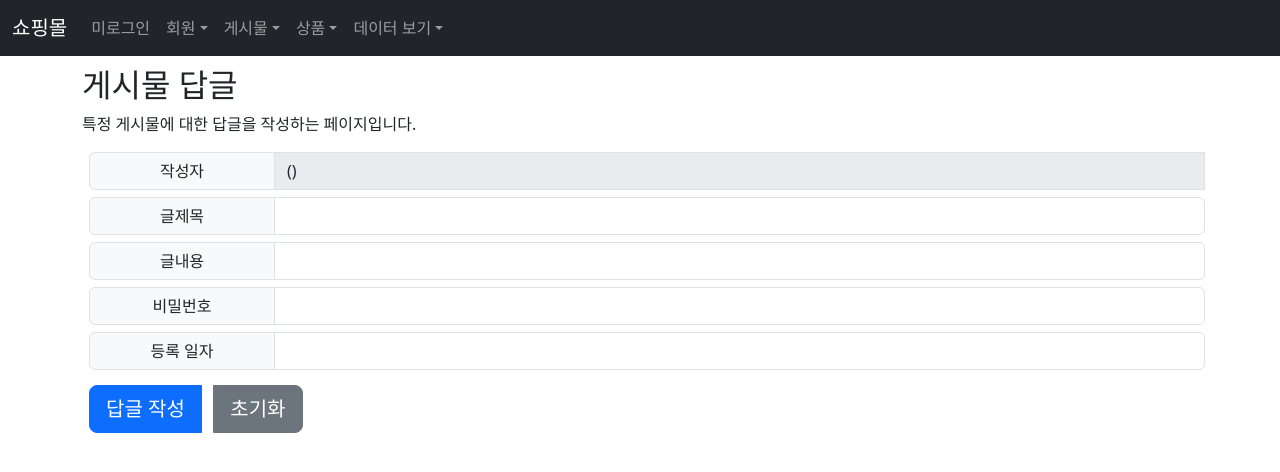
Repository: Sain-Clair/Team5
Page: http://localhost/Student/board/boUpdateForm.jsp
The author's editor kept a copy of each file at every save. The page is drawn from the files as they stood at one save, then again after the next save.
The browser window is 1280 px wide. The pictures show the whole page.
The page is served by Tomcat 9. Other server files are loaded and not shown.

Above is the page before, as saved 2023-09-08 06:04:22.

### Student/src/main/webapp/board/boUpdateForm.jsp
<%@ page language="java" contentType="text/html; charset=UTF-8"
    pageEncoding="UTF-8"%>

<%@ include file="./../common/common.jsp" %>
<%@ include file="./../common/bootstrap5.jsp" %>

<!DOCTYPE html>
<html>
<head>
	<meta charset="UTF-8">
	<title>Insert title here</title>
<style type="text/css">
/* box model에 대한 공부가 필요합니다. */
.container {
	margin-top: 10px;
}

.input-group {
	margin: 7px;
}

.input-group-text {
	display: block;
	margin-left: auto;
	margin-right: auto;
}

#buttonset {
	margin-top: 15px;
}

#boardNo{
	display: none;
	visibility: hidden;
}
</style>
<script type="text/javascript">
  		$(document).ready(function(){
  	  		/* $('#regdate').datepicker(); */
  	  		$('#regdate').datepicker({dateFormat: "yy/mm/dd"});
  		});

  		function validCheck(){/* 폼 유효성 검사 */
  			var subject = $('#subject').val();
  			if(subject.length < 3 || subject.length > 20){
  				swal('글 제목은 3글자 이상 20글자 이하이어야 합니다.');
  				$('#subject').focus() ;
  				return false ;
  			}

  			var content = $('#content').val();
  			if(content.length < 5 || content.length > 30){
  				swal('글 내용은 5글자 이상 30글자 이하이어야 합니다.');
  				$('#content').focus() ;
  				return false ;
  			}

  			var regdate = $('#regdate').val();

  			var regex = /^\d{4}[\/-][01]\d{1}[\/-][0123]\d{1}$/ ;
  			var result = regex.test(regdate) ;

  			if(result == false){
  				swal('날짜 형식은 반드시 yyyy/mm/dd 형식 또는 yyyy-mm-dd으로 작성해 주세요.');
  				$('#regdate').focus() ;
  				return false ;
  			}
  		}
  	</script>
</head>
<body>
	<div class="container">
		<h2>게시물 답글</h2>
		<p>특정 게시물에 대한 답글을 작성하는 페이지입니다.</p>
		<form action="<%=withFormTag%>" method="post">
			<input type="hidden" name="pageNumber" value="<%=request.getParameter("pageNumber")%>">
			<input type="hidden" name="pageSize" value="<%=request.getParameter("pageSize")%>">
			<input type="hidden" name="mode" value="<%=request.getParameter("mode")%>">
			<input type="hidden" name="keyword" value="<%=request.getParameter("keyword")%>">


			<input type="hidden" name="command" value="boReply">
			<!-- style로 감춤 -->
			<div id="boardNo" class="input-group">
				<span  class="input-group-text col-md-2">게시물 번호</span>
				<input id="no" name="no" type="number" class="form-control" placeholder="">
			</div>
			<div class="input-group">
				<span class="input-group-text col-md-2">작성자</span>
				<c:set var="userInfo" value="${sessionScope.loginfo.name}(${sessionScope.loginfo.id})"/>  <!-- value는 문자열 -->
				<input id="fakeid" name="fakeid" disabled="disabled" type="text" class="form-control" placeholder="" value="${userInfo}">
				<input id="id" name="id" type="hidden" value="${sessionScope.loginfo.id}">
			</div>
			<div class="input-group">
				<span class="input-group-text col-md-2">글제목</span>
				<input id="subject" name="subject" type="text" class="form-control" placeholder="" >
			</div>
			<div class="input-group">
				<span class="input-group-text col-md-2">글내용</span>
				<input id="content" name="content" type="text" class="form-control" placeholder="" >
			</div>
			<div class="input-group">
				<span class="input-group-text col-md-2">비밀번호</span>
				<input id="password" name="password" type="password" class="form-control" placeholder="" >
			</div>
			<div class="input-group">
				<span class="input-group-text col-md-2">등록 일자</span>
				<input id="regdate" name="regdate" type="datetime" class="form-control" placeholder="" >
			</div>
			<div id="buttonset" class="input-group">
				<button type="submit" class="btn btn-primary btn-lg"
					onclick="return validCheck();">
					답글 작성
				</button>
				&nbsp;&nbsp;&nbsp;
				<button type="reset" class="btn btn-secondary btn-lg">초기화</button>
			</div>
		</form>
	</div>
</body>
</html>

### Student/src/main/webapp/common/common.jsp
<%@ page language="java" contentType="text/html; charset=UTF-8"
	pageEncoding="UTF-8"%>

<%@page import="java.util.*"%>

<%-- jstl을 위한 태그 라이브러리 선언 --%>
<%@ taglib prefix="c" uri="http://java.sun.com/jsp/jstl/core" %>
<%@ taglib prefix="fmt" uri="http://java.sun.com/jsp/jstl/fmt" %>
<%@ taglib prefix="fn" uri="http://java.sun.com/jsp/jstl/functions" %>
<%@ page import="com.shopping.model.bean.Member"%>

<!-- whologin 변수는 현재 로그인 상태를 알려 주는 변수입니다. -->
<!-- 미로그인(0) 일반 사용자(1) 관리자(2) -->
<c:set var="whologin" value="0"/>
<c:if test="${not empty sessionScope.loginfo}">
	<c:if test="${sessionScope.loginfo.id == 'admin'}">
		<c:set var="whologin" value="2"/>
	</c:if>
	<c:if test="${sessionScope.loginfo.id != 'admin'}">
		<c:set var="whologin" value="1"/>
	</c:if>
</c:if>

<%
	// appName : 애플리케이션 이름(프로젝트 이름_Teacher)
	String appName = request.getContextPath();
	String mappingName = "/Shopping" ;  // in FrontController.java file

	// form 태그에서 사용할 변수
	String withFormTag = appName + mappingName ;

	// form 태그가 아닌 영역에서 사용할 변수
	String notWithFormTag = appName + mappingName + "?command=";

	//out.print("프로젝트 이름 : " + appName + "<br/>") ;
	//out.print("mappingName : " + mappingName + "<br/>") ;
	//out.print("withFormTag : " + withFormTag + "<br/>") ;
	//out.print("notWithFormTag : " + notWithFormTag + "<br/>") ;
%>

<!DOCTYPE html>
<html>
<head>
	<meta charset="UTF-8">
	<title>Insert title here</title>
	<!-- 이 파일은 모든 문서에서 공용으로 참조할 파일입니다.  -->
	<!-- 자바 관련 변수 및 패키지 임포트, 네비게이션 바, jstl 등등 -->
	<!-- for sweet alert -->
	<script src="/js/sweetalert.js"></script>
	<style type="text/css">
		.alert-dismissible{margin: 10px;}
	</style>
</head>


<%
	// 이 코드들은 차후 삭제 예정
	/*Member mem = new Member() ;
	mem.setId("hong") ; // admin  hong
	mem.setName("홍길동") ; // 관리자  홍길동
	session.setAttribute("loginfo", mem);
	session.setAttribute("loginfo", null); // 미로그인

	// 경고성 Alert Box
	session.setAttribute("alertMessage", "아이디/비번 정보를 잘못 입력하셨습니다.");
	session.setAttribute("alertMessage", null);*/
%>

<body>
	<nav class="navbar navbar-expand-sm bg-dark navbar-dark">
		<div class="container-fluid">
			<a class="navbar-brand" href="#">쇼핑몰</a>
			<button class="navbar-toggler" type="button"
				data-bs-toggle="collapse" data-bs-target="#collapsibleNavbar">
				<span class="navbar-toggler-icon"></span>
			</button>
			<div class="collapse navbar-collapse" id="collapsibleNavbar">
				<ul class="navbar-nav">
					<li class="nav-item">
						<c:if test="${whologin eq 0}">
							<a class="nav-link" href="#">미로그인</a>
						</c:if>
						<c:if test="${whologin ne 0}">
							<a class="nav-link" href="#">${sessionScope.loginfo.name}님</a>
						</c:if>
					</li>

					<!-- member section -->
					<li class="nav-item dropdown">
						<a class="nav-link dropdown-toggle" href="#" role="button"
							data-bs-toggle="dropdown">회원</a>
						<ul class="dropdown-menu">
							<c:if test="${whologin eq 0}">
								<li><a class="dropdown-item" href="<%=notWithFormTag%>meInsert">회원 가입</a></li>
								<li><a class="dropdown-item" href="<%=notWithFormTag%>meLogin">로그인</a></li>
							</c:if>
							<c:if test="${whologin ne 0}">
								<li><a class="dropdown-item" href="#">정보 수정</a></li>
								<li><a class="dropdown-item" href="<%=notWithFormTag%>meLogout">로그 아웃</a></li>
								<li><a class="dropdown-item" href="<%=notWithFormTag%>meDetail&id=${sessionScope.loginfo.id}">상세 보기</a></li>
								<li><a class="dropdown-item" href="#">탈퇴하기</a></li>
							</c:if>
							<c:if test="${whologin eq 2}">
								<li><a class="dropdown-item" href="<%=notWithFormTag%>meList">목록 보기</a></li>
							</c:if>
						</ul>
					</li>

					<!-- board section -->
					<li class="nav-item dropdown">
						<a class="nav-link dropdown-toggle" href="#" role="button"
							data-bs-toggle="dropdown">게시물</a>
						<ul class="dropdown-menu">
							<c:if test="${whologin ne 0}">
								<li><a class="dropdown-item" href="<%=notWithFormTag%>boInsert">게시물 등록</a></li>
							</c:if>
							<li><a class="dropdown-item" href="<%=notWithFormTag%>boList">목록 보기</a></li>
						</ul>
					</li>

					<!-- product section -->
					<li class="nav-item dropdown">
						<a class="nav-link dropdown-toggle" href="#" role="button"
							data-bs-toggle="dropdown">상품</a>
						<ul class="dropdown-menu">
							<c:if test="${whologin eq 2}">
								<li><a class="dropdown-item" href="<%=notWithFormTag%>prInsert">상품 등록</a></li>
							</c:if>
							<li><a class="dropdown-item" href="<%=notWithFormTag%>prList">목록 보기</a></li>
						</ul>
					</li>

					<!-- view section -->
					<li class="nav-item dropdown">
						<a class="nav-link dropdown-toggle" href="#" role="button"
							data-bs-toggle="dropdown">데이터 보기</a>
						<ul class="dropdown-menu">
							<li>
								<a class="dropdown-item" href="<%=notWithFormTag%>vwList">목록 보기
								</a>
							</li>
						</ul>
					</li>

				</ul>
			</div>
		</div>
	</nav>

	<c:if test="${not empty sessionScope.alertMessage}">
		<%-- 사용자에게 주의/경고/오류 등을 알려 주기 위한 Alert Box --%>
		<div class="alert alert-danger alert-dismissible">
	    	<button type="button" class="btn-close" data-bs-dismiss="alert"></button>
	    	<strong>경고 메시지</strong> ${sessionScope.alertMessage}
	  	</div>
	</c:if>
	<%-- 보여준 Alert Box를 session 영역에서 제거합니다. --%>
	<c:remove var="alertMessage" scope="session"/>
</body>
</html>

### Student/src/main/webapp/common/bootstrap5.jsp
<%@ page language="java" contentType="text/html; charset=UTF-8"
    pageEncoding="UTF-8"%>
<!DOCTYPE html>
<html>
<head>
	<meta charset="UTF-8">
	<meta name="viewport" content="width=device-width, initial-scale=1">
	<title>Insert title here</title>
	<!-- 이 파일은 부트 스트랩5를 사용하기 위한 공용 파일입니다. -->
	<!-- 부트 스트랩이 제이 쿼리를 참조하므로 반드시 jquery.js 선언이 먼저 되어야 합니다. -->
	<script type="text/javascript" src="${pageContext.request.contextPath}/js/jquery.js"></script>
	<script type="text/javascript" src="${pageContext.request.contextPath}/js/bootstrap.min.js"></script>
	<link rel="stylesheet" href="${pageContext.request.contextPath}/css/bootstrap.min.css">

	<link rel="stylesheet" href="${pageContext.request.contextPath}/css/jquery-ui.css">
  	<script type="text/javascript" src="${pageContext.request.contextPath}/js/jquery-ui.js"></script>
</head>
<body>

</body>
</html>

Loaded but not shown: Student/src/main/webapp/js/jquery.js (library); Student/src/main/webapp/js/bootstrap.min.js (library); Student/src/main/webapp/css/bootstrap.min.css (library); Student/src/main/webapp/css/jquery-ui.css (library); Student/src/main/webapp/js/jquery-ui.js (library); Student/src/main/webapp/js/sweetalert.js (library)

After the next save:
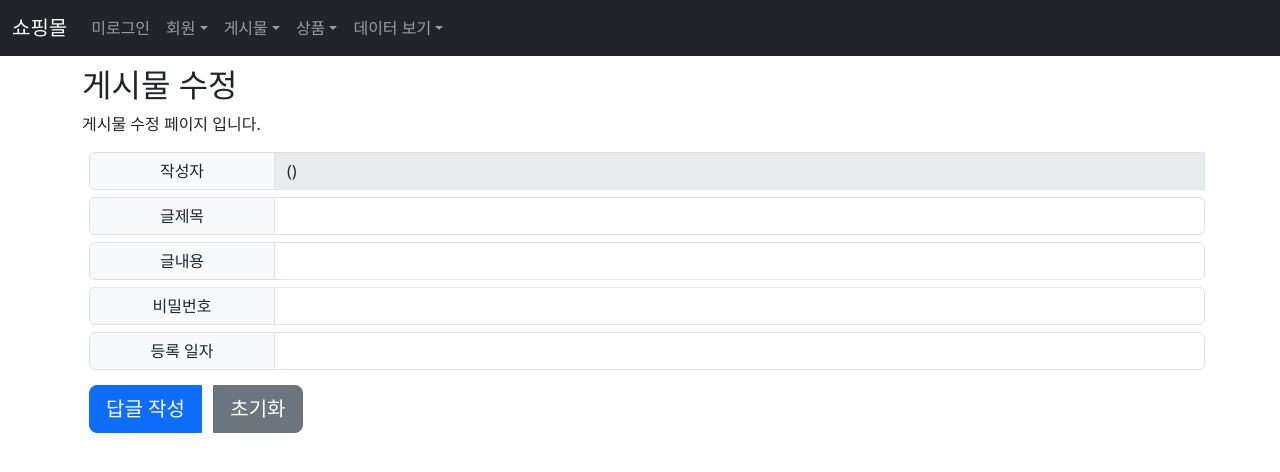
Saved 4 min 12 s later.
--- a/Student/src/main/webapp/board/boUpdateForm.jsp
+++ b/Student/src/main/webapp/board/boUpdateForm.jsp
@@ -70,8 +70,9 @@
 </head>
 <body>
 	<div class="container">
-		<h2>게시물 답글</h2>
-		<p>특정 게시물에 대한 답글을 작성하는 페이지입니다.</p>
+		<h2>게시물 수정</h2>
+		<p>게시물 수정 페이지 입니다.</p>
+		<!-- <p>특정 게시물에 대한 답글을 작성하는 페이지입니다.</p> -->
 		<form action="<%=withFormTag%>" method="post">
 			<input type="hidden" name="pageNumber" value="<%=request.getParameter("pageNumber")%>">
 			<input type="hidden" name="pageSize" value="<%=request.getParameter("pageSize")%>">
